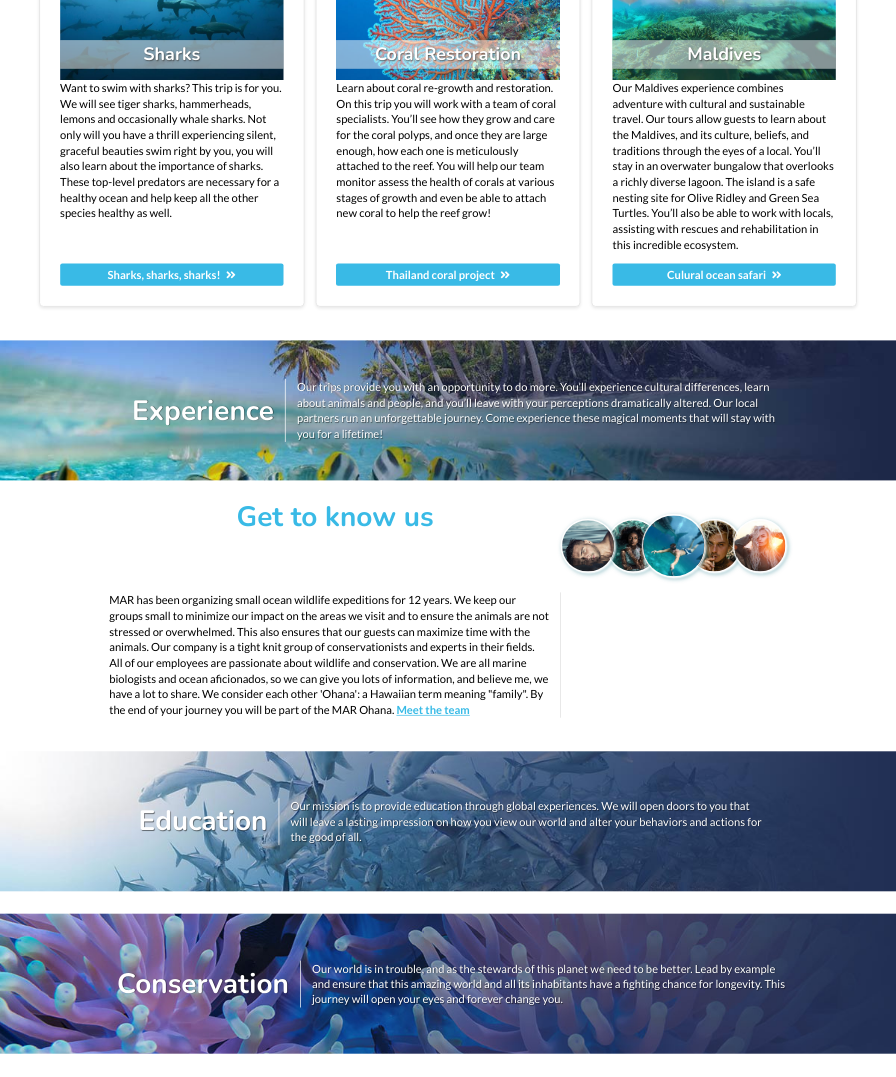
Repository: mariocapitbrok/css-combining-grid-and-flexbox-ch04
Page: 04_09/04_09_start.html
The author's editor kept a copy of each file at every save. The page is drawn from the files as they stood at one save, then again after the next save.
The browser window is 1280 px wide. The pictures show the part of the page from y = 1245 to 3165 px (the page is 2783 px tall before and 3165 px after), at 70% of full size.

Above is the page before, as saved 2022-10-10 20:16:17.

### 04_09/04_09_start.html
<!DOCTYPE html>
<html lang="en">
<head>
  <meta charset="UTF-8">
  <meta name="viewport" content="width=device-width, initial-scale=1.0">
  <meta http-equiv="X-UA-Compatible" content="ie=edge">
  <meta name="description" content="MAR is a fictional company, the concept and design was created by Emily Kay for use on the Grid and Flexbox training course with Linkedin Learning">
  <meta name="author" content="Concept and design by Emily Kay">

  <title>MAR, Marine Awareness Retreats | transformative ocean-based trips focused on altering perceptions and habits</title>

  <link rel="shortcut icon" type="image/x-icon" href="images/favicon.ico">
  <link rel="apple-touch-icon" href="images/favicon.png">
  <!-- load font awesome -->
  <link rel="stylesheet" href="https://cdnjs.cloudflare.com/ajax/libs/font-awesome/5.15.3/css/all.min.css">
  <!-- load google fonts -->
  <link href="https://fonts.googleapis.com/css2?family=Lato:ital,wght@0,300;0,400;0,700;1,300;1,400&family=Nunito:ital,wght@0,200;0,300;0,400;0,600;0,700;0,800;1,400&display=swap" rel="stylesheet">

  <link rel="stylesheet" href="styles/base.css">

</head>
<body>

  <!-- header / hero -->
  <header class="hero" id="home">
    <img src="images/ecoSystems.png" alt="ocean ecosystems">
    <article>
      <h1>Marine Awareness Retreats.</h1>
      <p>We are an organization focused on educating and raising awareness about the importance of our ocean’s ecosystems. We create life-altering experiences that literally change perceptions and perspectives. Join us for an incredible trip that will educate and forever change you.</p>
      <button>Learn more about our trips <i class="fas fa-angle-double-right"></i></button>
    </article>
  </header>

  <!-- navigation -->
  <section class="navWrap">
    <img src="images/marLogo.svg" alt="MAR logo" class="logo">
    <input type="checkbox" id="navToggle" class="navToggle">
    <label for="navToggle" class="navToggleLabel"><span></span></label>
    <nav>
      <ul>
        <li><a href="#home">Home</a></li>
        <li><a href="#team">About</a></li>
        <li><a href="#gallery">Gallery</a></li>
        <li><a href="#problem">Blog</a></li>
        <li><a href="#contact">Contact</a></li>
        <li><a href="#trips" class="btn">Book an experience</a></li>
      </ul>
    </nav>
  </section>


  <main>

  <!-- Trips -->
  <section class="trips" id="trips">
    <article>
      <h1>Our trips</h1>
      <p>We have trips worldwide; incredible experiences that will not only provide unique animal interactions but will also introduce you to local heroes that are making a difference in their communities each and every day. Our trips educate and connect you with conservationists that are making changes in small communities. Little steps with huge impacts!</p>
    </article>
    <ul class="tripList">
      <li>
        <img src="images/trip01.jpg" alt="humpback whales">
        <h3>Humpback Whales</h3>
        <p>Tonga is a special place to visit - and if you go at the right time, you will be forever changed by seeing these gentle giants swimming with babies and engaging in heat runs. The excitement level is high on this trip; there’s nothing like hearing the song of a humpback whale as he tries to encourage a female to mate with him. Conservation is top priority among the locals, who do their best to ensure that the whales have a safe place to mate and birth.</p>
        <a href="#">Whales in Tonga <i class="fas fa-angle-double-right"></i></a>
      </li>
      <li>
        <img src="images/trip02.jpg" alt="Great Barrier Reef">
        <h3>GB Reef</h3>
        <p>Sail to some of the most incredible islands and dive sites in the world. The Great Barrier Reef is the world’s largest living organism, stretching over 2,000 km down the eastern coast of Australia. This trip will allow you to ‘live’ on the reef. We will visit turtle conservatories, shark protected breeding grounds, and you’ll learn about measures that are being taken to preserve this treasure.</p>
        <a href="#">Sail the Reef <i class="fas fa-angle-double-right"></i></a>
      </li>
      <li>
        <img src="images/trip03.jpg" alt="Galapagos">
        <h3>Galapagos</h3>
        <p>This trip is an amazing opportunity to visit many of the islands in the archipelago. There is so much diversity and an abundance of wildlife that is found nowhere else on earth. We will spend 10 days with sharks, mantas, turtles, ocean iguanas and so much more. Learn about the unique conservation efforts and amazing animals found only in the Galapagos.</p>
        <a href="#">Diversity central <i class="fas fa-angle-double-right"></i></a>
      </li>
      <li>
        <img src="images/trip04.jpg" alt="Sharks">
        <h3>Sharks</h3>
        <p>Want to swim with sharks? This trip is for you. We will see tiger sharks, hammerheads, lemons and occasionally whale sharks. Not only will you have a thrill experiencing silent, graceful beauties swim right by you, you will also learn about the importance of sharks. These top-level predators are necessary for a healthy ocean and help keep all the other species healthy as well.</p>
        <a href="#">Sharks, sharks, sharks! <i class="fas fa-angle-double-right"></i></a>
      </li>
      <li>
        <img src="images/trip05.jpg" alt="Coral">
        <h3>Coral Restoration</h3>
        <p>Learn about coral re-growth and restoration. On this trip you will work with a team of coral specialists. You’ll see how they grow and care for the coral polyps, and once they are large enough, how each one is meticulously attached to the reef. You will help our team monitor assess the health of corals at various stages of growth and even be able to attach new coral to help the reef grow!</p>
        <a href="#">Thailand coral project <i class="fas fa-angle-double-right"></i></a>
      </li>
      <li>
        <img src="images/trip06.jpg" alt="Maldives">
        <h3>Maldives</h3>
        <p>Our Maldives experience combines adventure with cultural and sustainable travel. Our tours allow guests to learn about the Maldives, and its culture, beliefs, and traditions through the eyes of a local. You’ll stay in an overwater bungalow that overlooks a richly diverse lagoon. The island is a safe nesting site for Olive Ridley and Green Sea Turtles. You’ll also be able to work with locals, assisting with rescues and rehabilitation in this incredible ecosystem.</p>
        <a href="#">Culural ocean safari <i class="fas fa-angle-double-right"></i></a>
      </li>
    </ul>
  </section>

  <!-- CTA1 -->
  <section class="cta cta1">
    <h1>Experience</h1>
    <p>Our trips provide you with an opportunity to do more. You’ll experience cultural differences, learn about animals and people, and you’ll leave with your perceptions dramatically altered. Our local partners run an unforgettable journey. Come experience these magical moments that will stay with you for a lifetime!</p>
  </section>

  <!-- Team -->
  <section class="team" id="team">
    <h1>Get to know us</h1>
    <ul class="teamMembers">
      <li><img src="images/team01.jpg" alt="team member"></li>
      <li><img src="images/team02.jpg" alt="team member"></li>
      <li><img src="images/team03.jpg" alt="team member"></li>
      <li><img src="images/team04.jpg" alt="team member"></li>
      <li><img src="images/team05.jpg" alt="team member"></li>
    </ul>
    <p>MAR has been organizing small ocean wildlife expeditions for 12 years. We keep our groups small to minimize our impact on the areas we visit and to ensure the animals are not stressed or overwhelmed. This also ensures that our guests can maximize time with the animals. Our company is a tight knit group of conservationists and experts in their fields. All of our employees are passionate about wildlife and conservation. We are all marine biologists and ocean aficionados, so we can give you lots of information, and believe me, we have a lot to share. We consider each other 'Ohana': a Hawaiian term meaning "family". By the end of your journey you will be part of the MAR Ohana. <a href="#">Meet the team</a></p>
  </section>

  <!-- CTA2 -->
  <section class="cta cta2">
    <h1>Education</h1>
    <p>Our mission is to provide education through global experiences. We will open doors to you that will leave a lasting impression on how you view our world and alter your behaviors and actions for the good of all.</p>
  </section>

  <!-- Problem -->


  <!-- Actions -->


  <!-- CTA3 -->
  <section class="cta cta3">
    <h1>Conservation</h1>
    <p>Our world is in trouble, and as the stewards of this planet we need to be better. Lead by example and ensure that this amazing world and all its inhabitants have a fighting chance for longevity. This journey will open your eyes and forever change you.</p>
  </section>

  <!-- Photo Gallery -->

  </main>


  <!-- Footer -->
  <footer>

  <!-- Contact Form -->

  <!-- Social Media -->

  <!-- Contact Info -->

  </footer>
</body>
</html>

### 04_09/styles/base.css
/*

TABLE OF CONTENTS

  1. Global styles
  2. Hero
  3. Navigation
  4. Trips
  5. CTA
  6. Team
  7. Problem
    7a. Actions
  8. Gallery
  9. Footer
    9a. Contact
    9b. Connect
  10. Media Queries
    10a. Media Query, (min-width: 700px)
      10a-i. Hero
      10a-ii. Navigation, Large screen
      10a-iii. Trips, Large screen
      10a-iv. CTA summaries, Large screen rules
      10a-v. Team, Large screen rules
    10b. Media Query, (min-width: 1000px)

*/

/* ############ 1. Global Styles ############ */
 article, aside, details, figcaption, figure, footer, header, hgroup, menu, nav, section {
   display: block;
}

 * {
   padding: 0;
   margin: 0;
   box-sizing: border-box;
   font-size: 100%;
 }

 body > * {
   font-family: 'Lato', sans-serif;
   line-height: 1.4;
 }

 img {
   max-width: 100%;
   height: auto;
 }

 h1, h2, h3, h4 {
   font-family: 'Nunito', sans-serif;
   line-height: 1;
 }

 h1 {
   font-size: 2.5rem;
 }

 h2 {
   font-size: 2rem;
 }

 h3 {
   font-size: 1.6rem;
 }

 h4 {
   font-size: 1.4rem;
 }

 p {
   line-height: 1.4;
 }

a {
  color: #36bae6;
  font-weight: bold;
}

a:hover {
  color: #e06630;
}

i {
  padding-left: .5rem;
}

/* ############ 2. Hero ############ */
.hero {
  background: url("../images/header1_sm.jpg") no-repeat center right;
  background-size: cover;
  color: #fff;
  font-size: 20px;
  text-align: center;
  display: grid;
  grid-template-columns: 10px 2fr 10px;
  grid-template-rows: .5fr 1fr 20px;
  grid-gap: 20px;
 }

.hero img {
  margin: auto;
  padding-top: 1rem;
  grid-column: 2 / 3;
  grid-row: 1 / 2;
}

.hero article {
  grid-column: 2 / 3;
  grid-row: 2 / 3;
}

.hero h1 {
  font-size: 2rem;
  text-transform: uppercase;
}

.hero button {
  background-color: #fff;
  border: none;
  border-radius: 4px;
  color: #2abadf;
  font-size: 1rem;
  padding: 5px 10px;
  margin: .75rem auto 0;
}


/* ############ 3. Navigation ############ */
.logo {
  max-width: 90px;
 }

.navWrap {
  position: sticky;/*  ** note the menu will not be sticky until we add more page content */
  top: 0;
  z-index: 99;
  height: 48px;
  width: 100%;
  background-color: #212f54;
  border-bottom: 1px solid #e0e5eb;
  box-shadow: 0px 1px 8px #223055;
  padding: 0 1.5rem;
  display: flex;
  align-items: center;
  justify-content: space-between;
}

input#navToggle {
  display: none;
}

input#navToggle ~ label {
  position: relative;
  padding: 0.25rem;
  width: 2rem;
  height: 1.25rem;
  height: 2rem;
}

input#navToggle ~ label > span,
input#navToggle ~ label > span::before,
input#navToggle ~ label > span::after {
  content: "";
  display: block;
  position: absolute;
  top: .75rem;
  height: 0.125rem;
  width: 1.75rem;
  opacity: 1;
  background: #fff;
  transition: 0.14s ease-in-out;
}

input#navToggle ~ label > span::before {
  top: -0.5rem;
}

input#navToggle ~ label > span::after {
  top: 0.5rem;
}

#navToggle:checked ~ label > span {
  width: 0;
  background: rgba(18, 18, 18, 0);
}

#navToggle:checked ~ label > span::before {
  transform: rotateZ(45deg);
  top: 0;
}

#navToggle:checked ~ label > span::after {
  transform: rotateZ(-45deg);
  top: 0;
}

#navToggle:checked ~ nav {
  left: 0;
}

nav {
  position: absolute;
  z-index: -1;
  top: 3.0rem;
  left: -110%;
  width: 100%;
  transition: 0.22s ease-in-out;
}

nav::after {
  content: "";
  position: absolute;
  top: 0;
  z-index: -1;
  height: 100vh;
  width: 100vw;
  background-color: #13b1e7;
  background-size: cover;
}

nav ul {
    list-style-type: none;
}

nav ul li a {
  display: inline-block;
  text-decoration: none;
  width: 100%;
  padding: .75rem 1rem;
  color: #fff;
  border-bottom: solid 1px rgba(255,255,255,.5);
  transition: 0.14s ease-in-out;
}

nav ul li a:hover {
  color: #36bae6;
  background: #e0e5eb;
}

nav ul li:last-of-type::before {
  content: "";
  display: block;
  padding: .5rem;
  }

nav .btn {
  background: #fff;
  border-bottom: none;
  border-radius: 4px;
  box-shadow: inset 0 0 5px #eeb80c;
  color: #223054;
  width: 40%;
  padding: 0.25rem .6rem;
  letter-spacing: 1px;
  text-shadow: 0 0 1px rgb(19,177,231);
  display: flex;
  justify-content: center;
  margin: auto;
}

nav .btn:hover {
  background-color: #223054;
  box-shadow: inset 0 0 5px #13b1e7;
  color: #fff;
}

/* ############ 4. Trips ############ */
.trips {
  padding: 1rem;
  margin: auto;
  max-width: 1200px;
}

.trips article {
  margin: 2rem auto;
  width: 80%;
  max-width: 1000px;
}

.trips h1 {
  color: #3abadf;
  font-size: 3rem;
  margin-left: 1rem;
}

.trips article p {
  border-left: solid 1px #dedede;
  padding-left: 1rem;
}

.tripList {
  list-style-type: none;
  display: grid;
  grid-template-columns: repeat(auto-fit, minmax(260px, 1fr));
  grid-gap: 1rem;
}

.tripList li {
  background-color: rgba(255,255,255,.9);
  border-radius: 6px;
  border: solid 1px #dedede;
  box-shadow: 0 2px 5px rgba(0,0,0,0.1);
  padding: 1.8rem;
  display: grid;
  grid-template-columns: 1fr;
  grid-template-rows: auto minmax(140px, 1fr) auto;
}

.tripList h3, .tripList img {
  grid-row: 1 / 2;
  grid-column: 1;
}

.tripList h3 {
  background-color: rgba(255,255,255,.5);
  color: #fff;
  padding: .5rem;
  margin-bottom: 1rem;
  text-align: center;
  text-shadow: 1px 1px 2px rgba(51,51,51,.7);
  align-self: end;
}

.trips a {
  border-radius: 3px;
  background-color: #39bae6;
  color: #fff;
  height: 2rem;
  margin-top: 1rem;
  text-decoration: none;
  display: flex;
  justify-content: center;
  align-items: center;
}

.trips a:hover {
  background-color: #333;
}


/* ############ 5. CTA ############ */
.cta {
  background-repeat: no-repeat;
  background-position: center center;
  background-size: cover;
  color: #fff;
  margin: 2rem auto;
  padding: 2rem;
  text-shadow: 1px 1px 1px rgb(0 0 0 / 50%);
}

.cta1 {
  background-image: url("../images/ctaBG1_sm.jpg");
}

.cta2 {
  background-image: url("../images/ctaBG2_sm.jpg");
}

.cta3 {
  background-image: url("../images/ctaBG3_sm.jpg");
}

.cta h1 {
  margin-left: 1rem;
}

.cta p {
  border-left: solid 1px #fff;
  padding-left: 1rem;
  max-width: 700px;
}


/* ############ 6. Team ############ */
.team {
  margin: 1rem;
}

.team h1 {
  text-align: center;
  color: #39bae6;
}

.team p {
  margin-bottom: 1rem;
}

.teamMembers {
  list-style-type: none;
  margin: 1rem 0;
  display: grid;
  grid-template-columns: repeat(10, 1fr);
  align-items: center;
}

.teamMembers li {
  grid-row: 1 / 2;
}

.teamMembers li:nth-child(1) {
  grid-column: 1 / 4;
  order: 1;
}

.teamMembers li:nth-child(2) {
  grid-column: 3 / 6;
}

.teamMembers li:nth-child(3) {
  grid-column: 4 / 8;
  order: 1;
  text-align: center;
}

.teamMembers li:nth-child(4) {
  grid-column: -3 / 6;
  text-align: right;
}

.teamMembers li:nth-child(5) {
  grid-column: -4 / -1;
  text-align: right;
}

.teamMembers li:hover {
  order: 2;
}

.teamMembers img {
  border-radius: 50%;
  width: 80%;
  box-shadow: 1px 1px 3px #fff, 2px 2px 6px rgb(28 121 138 / 50%);
  border: solid 2px rgba(255,255,255,.8);
}

.teamMembers li:nth-child(3) img {
  width: 70%;
}


/* ############ 7. Problem ############ */

/* ############ 7a. Problem > Action ############ */


/* ############ 8. Gallery ############ */


/* ######### 9. Footer ######### */

/* ######### 9a. Footer > Contact ######### */

/* ######### 9b. Footer > Connect ######### */


/* ############ 10. Media Queries ############ */

/* ############ 10a. Media Query, (min-width: 700px) ############ */
@media screen and (min-width: 700px) {
  /* ######### 10a-i. HERO, Large screen rules ######### */
  header.hero {
    background: url(../images/header1_lg.jpg) no-repeat center left;
    background-size: cover;
    text-align: left;
    grid-template-columns: repeat(6, 1fr);
    grid-template-rows: .25fr 1fr .25fr;
    align-items: center;
  }

  .hero img {
    margin: 0 0 0 auto;
    grid-row: 2 / 3;
  }

  .hero article {
   max-width: 1000px;
   grid-column: 3 / 6;
  }

/* ######### 10a-ii. Navigation, Large screen rules ######### */
  .navWrap {
    display: grid;
    grid-template-columns: 100px minmax(auto, 1100px);
    justify-content: center;
    height: auto;
  }

  .navToggleLabel {
    display: none;
  }

  nav {
    position: initial;
  }

  nav ul {
    display: flex;
    justify-content: flex-end;
    align-items: center;
  }

  nav ul li a {
    border-bottom: none;;
  }

  nav ul li a:hover {
    background: transparent;
  }

  nav::after, nav ul li:last-of-type::before {
    display: none;
    padding: initial;
  }

  nav .btn {
    width: auto;
    background: #13b1e7;
    color: #fff;
    letter-spacing: normal;
    text-shadow: none;
    box-shadow: none;
  }

  nav.btn:hover {
    box-shadow: inset 0 0 5px #13b1e7;
    background-color: #223054;
  }

/* ######### 10a-iii. Trips, Large screen rules ######### */
  .tripList {
  grid-template-columns: repeat(auto-fit, minmax(300px, 1fr));
  }

  .trips article {
   width: 90%;
   display: flex;
   align-items: center;
  }

  .trips h1 {
    margin: 0 1rem 0 0;
  }

  .trips p {
    flex: 3;
  }

/* ######### 10a-iv. CTA summaries, Large screen rules ######### */
  .cta {
    min-height: 200px;
    display: flex;
    align-items: center;
    justify-content: center;
  }

  .cta1 {
    background-image: url("../images/ctaBG1_lg.jpg");
  }

  .cta2 {
    background-image: url("../images/ctaBG2_lg.jpg");
  }

  .cta3 {
    background-image: url("../images/ctaBG3_lg.jpg");
  }

  .cta h1 {
    margin-right: 1rem;
  }

/* ######### 10a-v. Team, Large screen rules ######### */
  .team {
    max-width: 1000px;
    margin: auto;
    padding: 0 1rem;
    display: grid;
    grid-template-columns: 1fr .5fr;
    grid-template-rows: repeat(2, auto);
  }

  .team h1 {
  }

  .teamMembers {
  }

  .team p {
    border-right: solid 1px #dedede;
    padding-right: 1rem;
  }

}

/* ############ 10b. Media Query, (min-width: 1000px) ############ */
@media screen and (min-width: 1000px) {

}

After the next save:
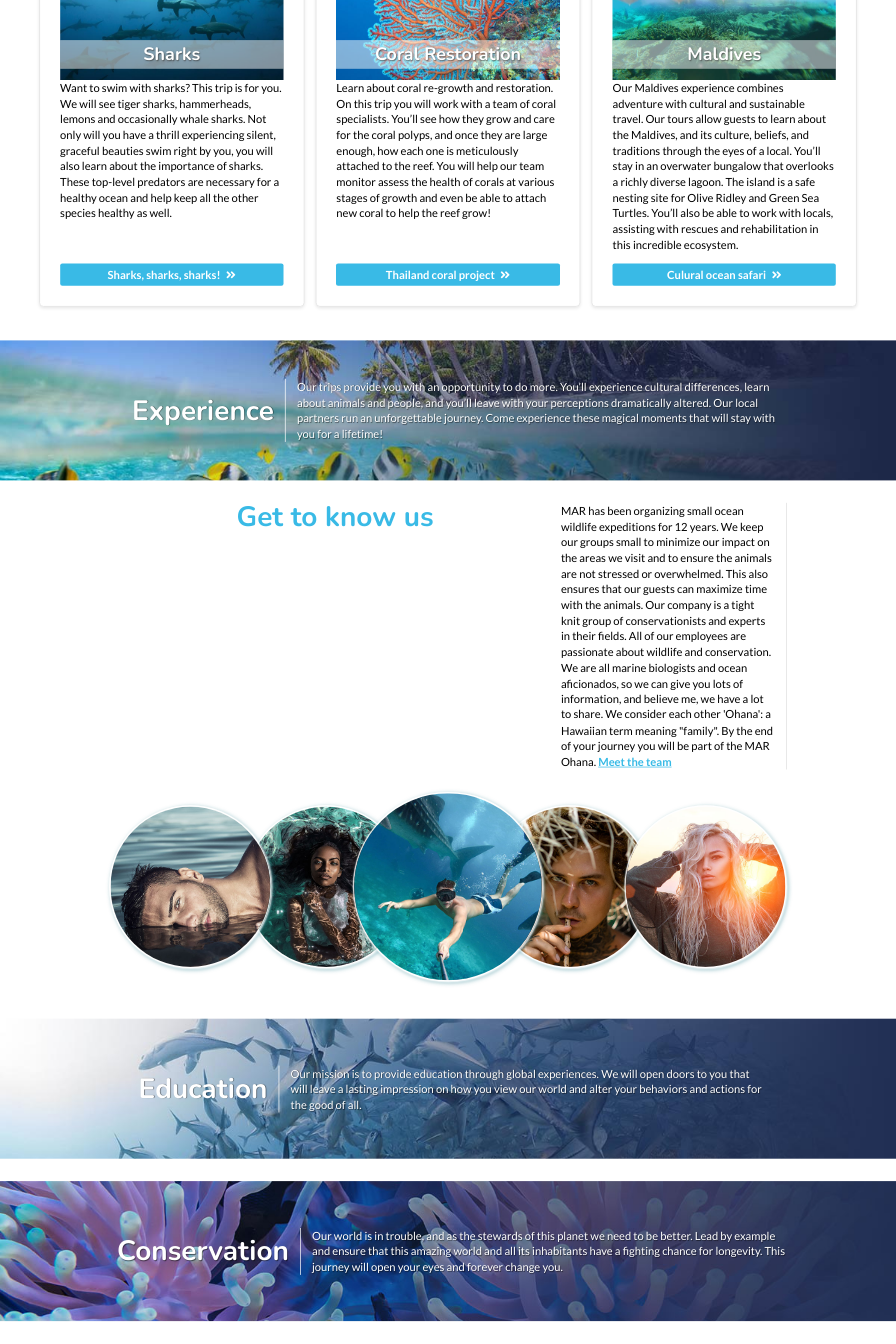
Saved 73 s later.
--- a/04_09/styles/base.css
+++ b/04_09/styles/base.css
@@ -585,6 +585,8 @@ nav .btn:hover {
   }
 
   .teamMembers {
+    order: 1;
+    grid-column: 1 / -1;
   }
 
   .team p {
